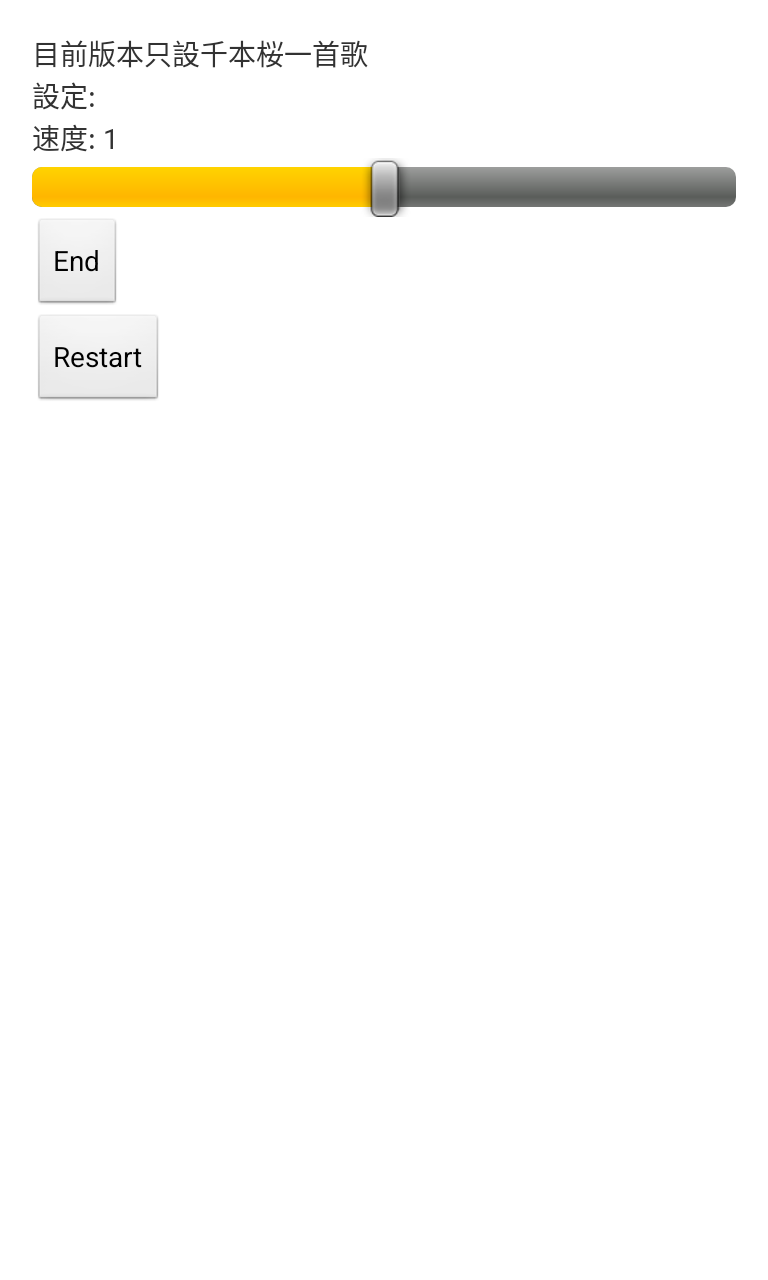
Repository: dogwong/marumaru
Layout: maimai_test/marumaru/res/layout/activity_main.xml
These files come from the project's save history. The layout is drawn as it stood at one moment and after the next save; the edit follows.
It is drawn on a 768 x 1280 px phone screen (xhdpi) without system bars, with theme AppTheme; the app's code is not run.

Above is the layout before, as saved 2013-06-09 06:59:20.

After the next save:
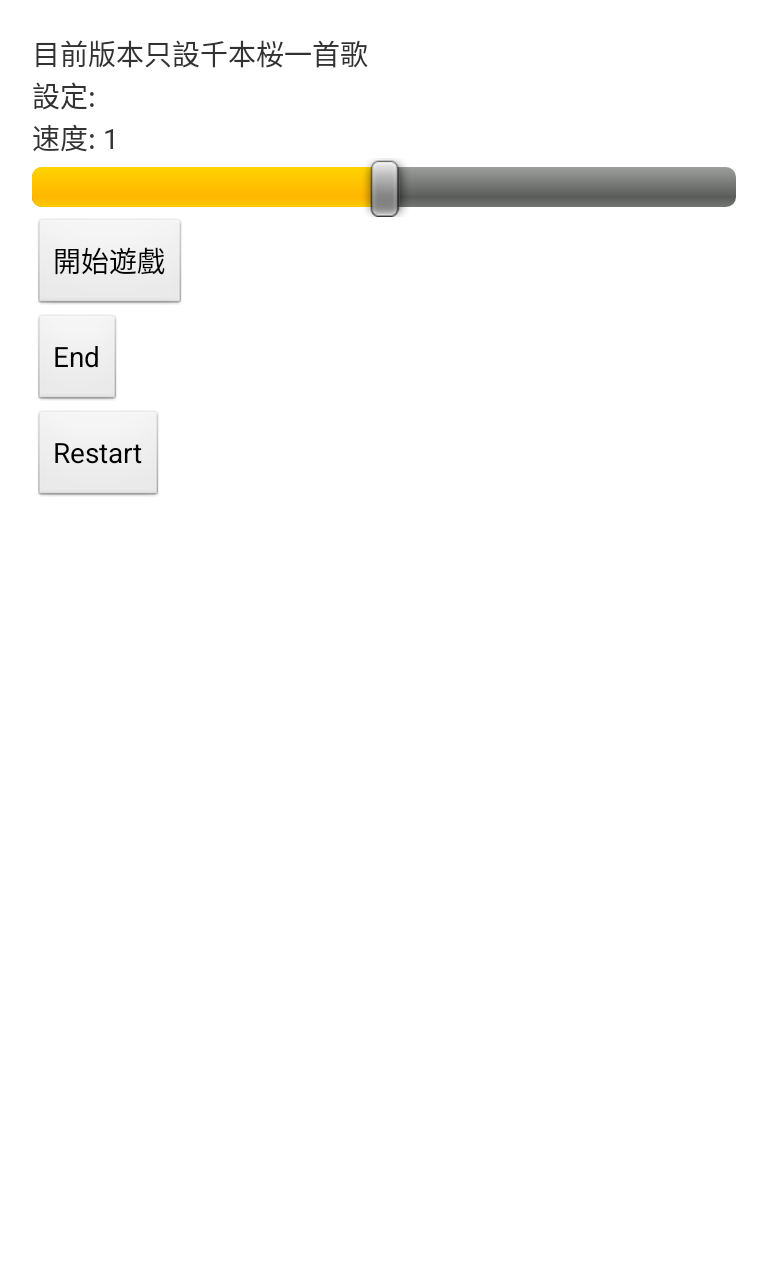
Saved 12 min 12 s later.
--- a/maimai_test/marumaru/res/layout/activity_main.xml
+++ b/maimai_test/marumaru/res/layout/activity_main.xml
@@ -56,6 +56,12 @@
     </TableRow>
 
     <Button
+        android:id="@+id/btnStart"
+        android:layout_width="wrap_content"
+        android:layout_height="wrap_content"
+        android:text="開始遊戲" />
+
+    <Button
         android:id="@+id/btnEnd"
         android:layout_width="wrap_content"
         android:layout_height="wrap_content"
